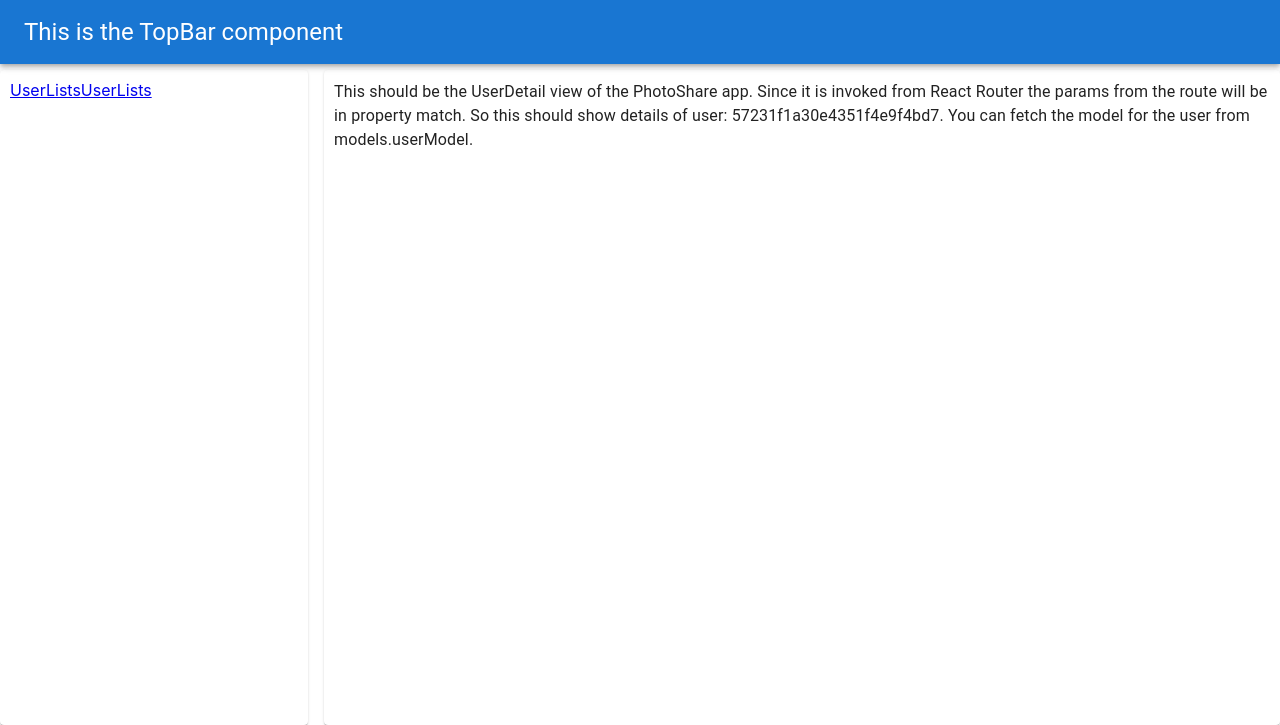
Repository: Trung0810/photo-sharing-v1
Page: /users/57231f1a30e4351f4e9f4bd7
These files come from the project's save history. The page is drawn as it stood at one moment and after the next save; the edit follows.
The browser window is 1280 px wide. The pictures show the whole page.
The project was rebuilt for these pictures with package versions that can differ from the ones it lists, and the page was loaded fresh each time. Also part of the build but not shown: src/modelData/models.js, src/components/UserPhotos/index.jsx.

Above is the page before, as saved 2026-04-04 13:52:49.

### src/App.js
import "./App.css";

import React from "react";
import { Grid, Typography, Paper } from "@mui/material";
import { BrowserRouter as Router, Route, Routes, Link } from "react-router-dom";

import TopBar from "./components/TopBar";
import UserDetail from "./components/UserDetail";
import UserList from "./components/UserList";
import UserPhotos from "./components/UserPhotos";

const App = (props) => {
  return (
    <Router>
      <div>
        <Grid container spacing={2}>
          <Grid item xs={12}>
            <TopBar />
          </Grid>
          <div className="main-topbar-buffer" />
          <Grid item sm={3}>
            <Paper className="main-grid-item">
              <Link to="/users">UserLists</Link>
              <Link to="/users">UserLists</Link>
            </Paper>
          </Grid>
          <Grid item sm={9}>
            <Paper className="main-grid-item">
              <Routes>
                <Route path="/users/:userId" element={<UserDetail />} />
                <Route path="/photos/:userId" element={<UserPhotos />} />
                <Route path="/users" element={<UserList />} />
              </Routes>
            </Paper>
          </Grid>
        </Grid>
      </div>
    </Router>
  );
};

export default App;

### src/App.css
.main-topbar-buffer {
  margin-top: 70px;
}

.main-grid-item {
  height: calc(100vh - 85px);
  padding: 10px;
}

### src/components/TopBar/index.jsx
import React from "react";
import { AppBar, Toolbar, Typography } from "@mui/material";

import "./styles.css";

/**
 * Define TopBar, a React component of Project 4.
 */
function TopBar () {
    return (
      <AppBar className="topbar-appBar" position="absolute">
        <Toolbar>
          <Typography variant="h5" color="inherit">
            This is the TopBar component
          </Typography>
        </Toolbar>
      </AppBar>
    );
}

export default TopBar;

### src/components/UserDetail/index.jsx
import React from "react";
import {Typography} from "@mui/material";

import "./styles.css";
import {useParams} from "react-router-dom";

/**
 * Define UserDetail, a React component of Project 4.
 */
function UserDetail() {
    const user = useParams();
    return (
        <>
          <Typography variant="body1">
            This should be the UserDetail view of the PhotoShare app. Since it is
            invoked from React Router the params from the route will be in property match.
            So this should show details of user: {user.userId}.
            You can fetch the model for the user from models.userModel.
          </Typography>
        </>
    );
}

export default UserDetail;

### src/components/TopBar/styles.css
.topbar-appBar {
  height: 60;
  justify-content: "center";
}

### src/components/UserList/index.jsx
import React from "react";
import {
  Divider,
  List,
  ListItem,
  ListItemText,
  Typography,
} from "@mui/material";

import "./styles.css";
import models from "../../modelData/models";

/**
 * Define UserList, a React component of Project 4.
 */
function UserList() {
  const users = models.userListModel();
  return (
    <div>
      <Typography variant="body1">
        This is the user list, which takes up 3/12 of the window. You might
        choose to use <a href="https://mui.com/components/lists/">Lists</a> and{" "}
        <a href="https://mui.com/components/dividers/">Dividers</a> to display
        your users like so:
      </Typography>
      <List component="nav">
        {users.map((item) => (
          <>
            <ListItem>
              <ListItemText primary={item.first_name} />
            </ListItem>
            <Divider />
          </>
        ))}
      </List>
      <Typography variant="body1">
        The model comes in from models.userListModel()
      </Typography>
    </div>
  );
}

export default UserList;

Loaded but not shown: public/index.html (common file); src/index.js (common file); src/index.css (common file); src/reportWebVitals.js (common file); src/components/UserDetail/styles.css (no stored copy; drawn as an empty file); src/components/UserList/styles.css (no stored copy; drawn as an empty file); src/components/UserPhotos/styles.css (no stored copy; drawn as an empty file)

After the next save:
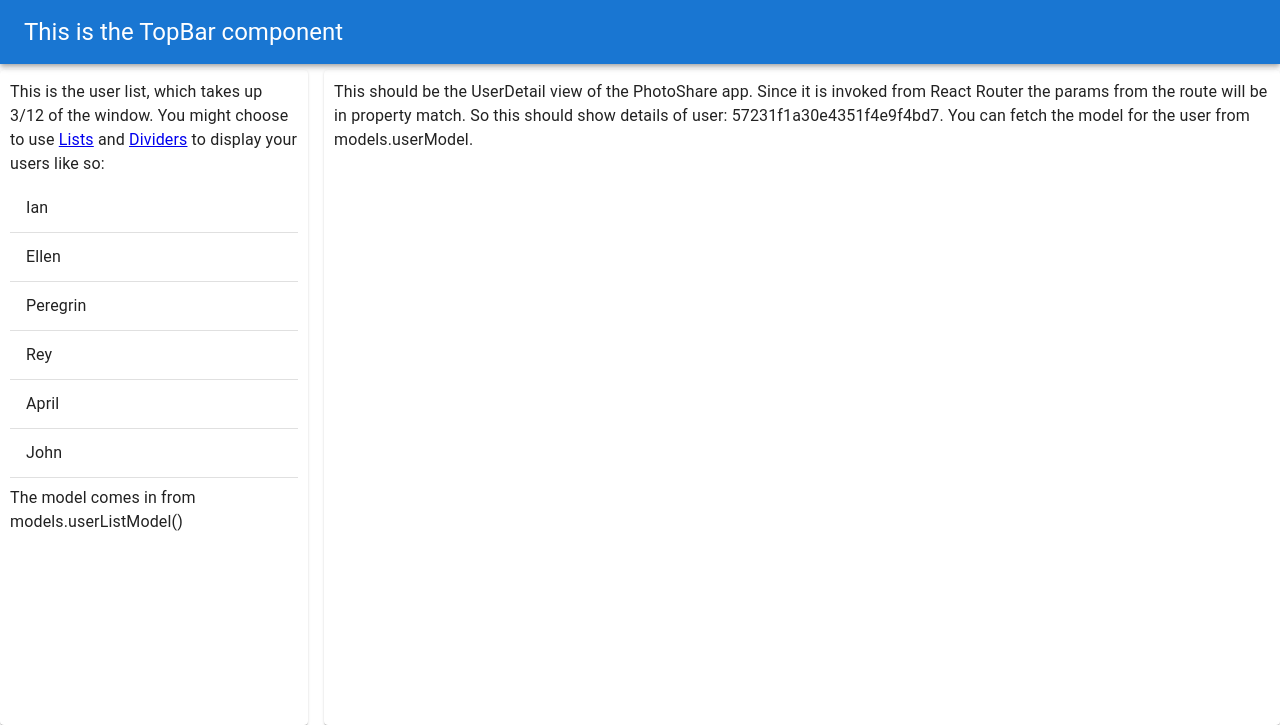
Saved 26 s later.
--- a/src/App.js
+++ b/src/App.js
@@ -20,8 +20,7 @@ const App = (props) => {
           <div className="main-topbar-buffer" />
           <Grid item sm={3}>
             <Paper className="main-grid-item">
-              <Link to="/users">UserLists</Link>
-              <Link to="/users">UserLists</Link>
+              <UserList />
             </Paper>
           </Grid>
           <Grid item sm={9}>
